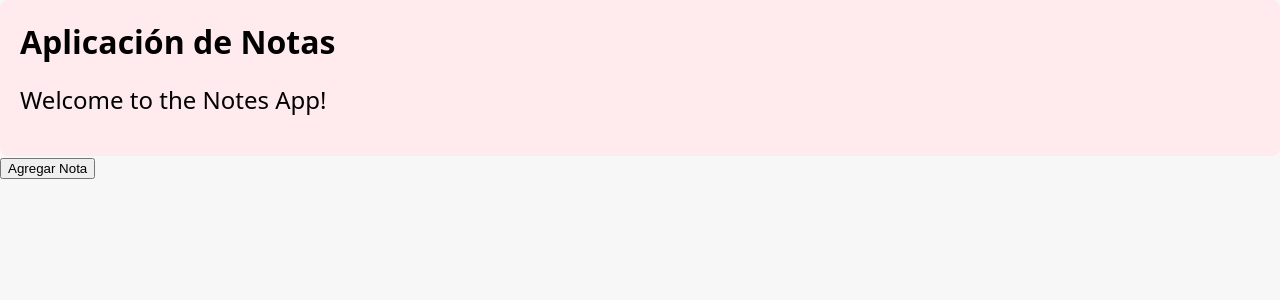
Repository: xunxuno/aplicacion_web_notas
Page: / (app in notas_web_app/)
An editor plug-in stored every save of this project. The page is shown before and after the next save, followed by the edit.
The browser window is 1280 px wide. The pictures show the whole page.
The project was rebuilt for these pictures with package versions that can differ from the ones it lists, and the page was loaded fresh each time. Also part of the build but not shown: notas_web_app/vite.config.ts, notas_web_app/src/components/Note.tsx, notas_web_app/src/components/NoteCollection.tsx, notas_web_app/src/components/NoteModal.tsx.

Above is the page before, as saved 2024-10-02 15:20:38.

After the next save:
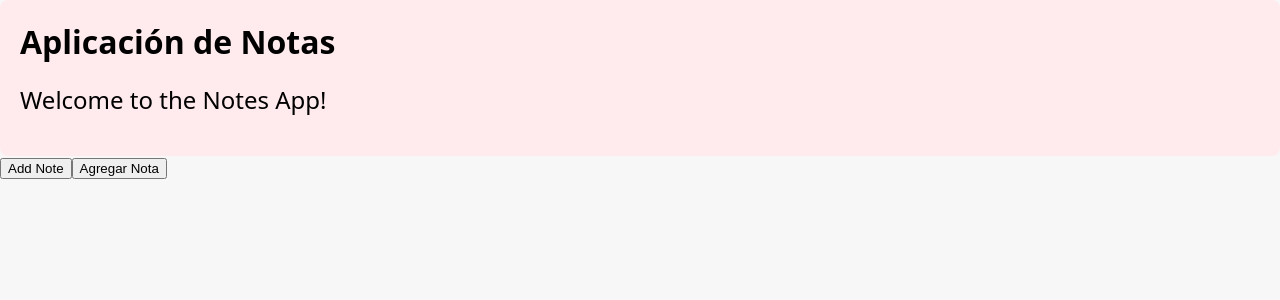
Saved 2 min 47 s later.
--- a/notas_web_app/src/App.tsx
+++ b/notas_web_app/src/App.tsx
@@ -5,6 +5,7 @@
 import NoteModal from './components/NoteModal';
 import './styles.css';
 import AppBar from './components/AppBar';
+import AddNoteButton from './components/AddNoteButton';
 
 interface Note {
   id: string;
@@ -66,6 +67,9 @@
       <div>
         <AppBar />
 
+        <AddNoteButton onClick={function (): void {
+          throw new Error('Function not implemented.');
+        } } />
         <button onClick={handleOpenModal}>Agregar Nota</button>
 
         <div>

After the save that followed:
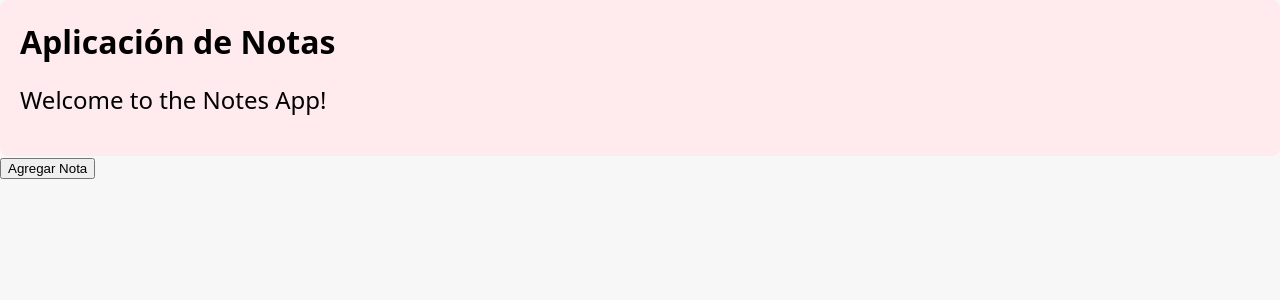
Saved 34 s later.
--- a/notas_web_app/src/App.tsx
+++ b/notas_web_app/src/App.tsx
@@ -5,7 +5,6 @@
 import NoteModal from './components/NoteModal';
 import './styles.css';
 import AppBar from './components/AppBar';
-import AddNoteButton from './components/AddNoteButton';
 
 interface Note {
   id: string;
@@ -67,9 +66,6 @@
       <div>
         <AppBar />
 
-        <AddNoteButton onClick={function (): void {
-          throw new Error('Function not implemented.');
-        } } />
         <button onClick={handleOpenModal}>Agregar Nota</button>
 
         <div>
